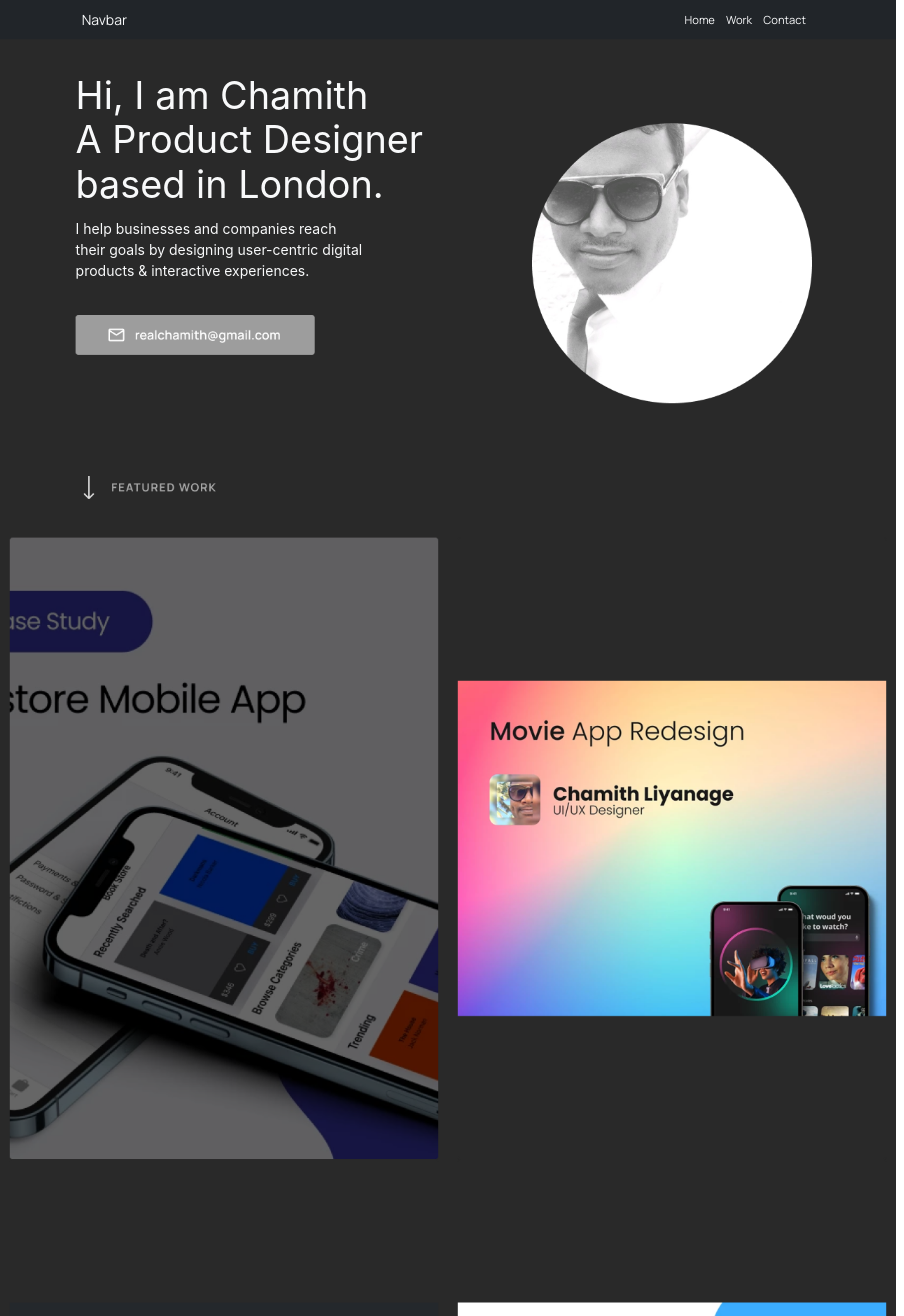
Repository: Realchamithweb/chamith-html
Page: index.html
An editor plug-in stored every save of this project. The page is shown before and after a run of saves, followed by the edit.
The browser window is 1280 px wide. The page is 1292 px wide, so the pictures cover 1292 px, including what lies to the right of the window. The pictures show the part of the page from y = 0 to 1880 px (the page is 4153 px tall before and 4207 px after), at 70% of full size.

Above is the page before, as saved 2023-01-04 16:28:46.

### index.html
<!doctype html>
<html lang="en">
  <head>
    <!-- Required meta tags -->
    <meta charset="utf-8">
    <meta name="viewport" content="width=device-width, initial-scale=1">
    <link rel="stylesheet" href="/css/style.css">
    <link rel="script" href="/js/main.js">
    <!-- Bootstrap CSS -->
    <link href="https://cdn.jsdelivr.net/npm/bootstrap@5.0.2/dist/css/bootstrap.min.css" rel="stylesheet" integrity="sha384-EVSTQN3/azprG1Anm3QDgpJLIm9Nao0Yz1ztcQTwFspd3yD65VohhpuuCOmLASjC" crossorigin="anonymous">
    <link rel="stylesheet" href="https://fonts.googleapis.com/css?family=Manrope">
    <title>Hello, world!</title>
  </head>
  <body>
    <div class="main">
            <div class="head">
                <nav class="navbar navbar-expand-lg navbar-light bg-dark">
                    <div class="container-fluid">
                        <div class="col-md-1"></div>
                    <a class="navbar-brand col-md-8 text-light" href="#">Navbar</a>
                    <button class="navbar-toggler" type="button" data-bs-toggle="collapse" data-bs-target="#navbarNavDropdown" aria-controls="navbarNavDropdown" aria-expanded="false" aria-label="Toggle navigation">
                        <span class="navbar-toggler-icon"></span>
                    </button>
                    <div class="collapse navbar-collapse" id="navbarNavDropdown">
                        <ul class="navbar-nav">
                        <li class="nav-item">
                            <a class="nav-link active text-light" aria-current="page" href="#">Home</a>
                        </li>
                        <li class="nav-item">
                            <a class="nav-link text-light" href="/work.html">Work</a>
                        </li>
                        <li class="nav-item">
                            <a class="nav-link text-light" href="/contact.html">Contact</a>
                        </li>
                        </ul>
                    </div>
                    </div>
                </nav>
            </div>

            <section>
            <div class="hero">
                <div class="container-fluid">
                    <div class="row">
                        <div class="col-lg-6">
                            <p class="hero-title text-light mt-5">Hi, I am Chamith<br>
                                A Product Designer<br>
                                based in London.
                            </p>
                            <p class="hero-text text-light mt-2">
                                I help businesses and companies reach <br>
                                their goals by designing user-centric digital <br>
                                products & interactive experiences.
                            </p>
                            <div class="mt-5">
                                <img src="/inc/Btn.png" class="hero-btn">
                            </div>
                        </div>
                        <div class="col-lg-6 d-flex justify-content-center mt-4">
                            <img src="/inc/unsplash_XHVpWcr5grQ.png"" class="hero-img">
                        </div>
                    </div>
                </div>
            </div>
            </section>
            <section>
            <div class="Featured-Work">
                <div class="container-fluid">
                    <div class="row mt-5">
                        <div class="col-lg-1  mb-5"></div>
                        <div class="col-lg-10  mb-5 mt-5">
                            <img src="/inc/Featured.png" class="img00">
                        </div>
                        <div class="col-lg-6 d-flex justify-content-center">
                            <img src="/inc/unsplash_mxPiMiz7KCo.png" class="img01">

                        </div>
                        <div class="col-lg-6 d-flex justify-content-center">
                            <img src="/inc/unsplash_g-pKprPg5yw.png" class="img02">
                        </div>
                    </div>
                </div>
                <div class="container-fluid">
                    <div class="row">
                        <div class="col-lg-6 d-flex justify-content-center">
                            <img src="/inc/unsplash_pqzRfBhd9r0.png" class="img01">
                        </div>
                        <div class="col-lg-6 d-flex justify-content-center">
                            <img src="/inc/unsplash_x-HpilsdKEk.png" class="img01">
                        </div>
                    </div>
                </div>
            </div>
            </section>
            <section>
                <div class="Visual-Explorations mb-5">
                    <div class="container-fluild">
                        <div class="row">
                            <div class="col-lg-12 d-flex justify-content-center text-light h1 mt-5 mb-5">Visual Explorations</div>
                            <div class="col-lg-4 d-flex justify-content-center">
                                <img src="/inc/unsplash_fd6K_OFlnRA.png" class="img01">
                            </div>
                            <div class="col-lg-4 d-flex justify-content-center">
                                <img src="/inc/unsplash_Glel-RswQqM.png" class="img01">
                            </div>
                            <div class="col-lg-4 d-flex justify-content-center">
                                <img src="/inc/unsplash_pPTw_RTkvXQ.png" class="img01">
                            </div>
                        </div>
                    </div>
                </div>
            </section>
            <section>
                <div class="Personal-Projects">
                    <div class="container-fluild">
                        <div class="row">
                            <div class="col-lg-12 d-flex justify-content-center text-light h1 mt-5">Personal Projects</div>
                            <div class="col-lg-4 d-flex justify-content-center">
                                <img src="/inc/Rectangle 4.png" class="img01">
                            </div>
                            <div class="col-lg-4 d-flex justify-content-center">
                                <img src="/inc/Rectangle 4-1.png" class="img01">
                            </div>
                            <div class="col-lg-4 d-flex justify-content-center">
                                <img src="/inc/Rectangle 4-2.png" class="img01">
                            </div>
                        </div>
                    </div>
                </div>
            </section>
            <section>
                <div class="contact-me">
                    <div class="container-fluild">
                        <div class="row">
                                <h2 class="text-light d-flex justify-content-center mb-5">Contact Me</h2>
                                <p class="text-light d-flex text-center justify-content-center h5 mb-5">If you are looking to hire a product designer,<br>
                                    I’m currently available for freelance work</p>
                                <div class="col-lg-12 d-flex justify-content-center mb-5">
                                    <img src="/inc/Btn.png" class="img02">
                                </div>
                        </div>
                    </div>
                </div>
            </section>
            <section>
                <div class="footer">
                    <div class="container-fluild">
                        <div class="row">
                            <hr class="text-light">
                            <div class="col-lg-4 text-center text-light mb-3">Made by Chamith — Copyright 2022</div>
                            <div class="col-lg-4 mb-3"></div>
                            <div class="col-lg-4 mb-3"><img src="/inc/Icons.png" class="img02"></div>
                        </div>
                    </div>
                </div>
            </section>

    </div>




    <!-- Optional JavaScript; choose one of the two! -->

    <!-- Option 1: Bootstrap Bundle with Popper -->
    <script src="https://cdn.jsdelivr.net/npm/bootstrap@5.0.2/dist/js/bootstrap.bundle.min.js" integrity="sha384-MrcW6ZMFYlzcLA8Nl+NtUVF0sA7MsXsP1UyJoMp4YLEuNSfAP+JcXn/tWtIaxVXM" crossorigin="anonymous"></script>

    <!-- Option 2: Separate Popper and Bootstrap JS -->
    <!--
    <script src="https://cdn.jsdelivr.net/npm/@popperjs/core@2.9.2/dist/umd/popper.min.js" integrity="sha384-IQsoLXl5PILFhosVNubq5LC7Qb9DXgDA9i+tQ8Zj3iwWAwPtgFTxbJ8NT4GN1R8p" crossorigin="anonymous"></script>
    <script src="https://cdn.jsdelivr.net/npm/bootstrap@5.0.2/dist/js/bootstrap.min.js" integrity="sha384-cVKIPhGWiC2Al4u+LWgxfKTRIcfu0JTxR+EQDz/bgldoEyl4H0zUF0QKbrJ0EcQF" crossorigin="anonymous"></script>
    -->
  </body>
</html>

### css/style.css
.main{
    background-color: #292929;
    font-family: 'Manrope', serif;

}



.hero-img{
    margin-top: 6em;
}

.hero-title{
    font-family: 'Inter';
    font-style: normal;
    font-weight: 400;
    font-size: 54px;
    line-height: 64px;
    margin-left: 96px;
}

.hero-text{
    font-family: 'Inter';
    font-style: normal;
    font-weight: 400;
    font-size: 20px;
    line-height: 30px;
    margin-left: 96px;
}

.hero-btn{
    margin-left: 96px;
}
/*
.hero-title{
    position: absolute;
    width: 824px;
    height: 192px;
    left: 96px;
    top: 240px;

    font-family: 'Inter';
    font-style: normal;
    font-weight: 400;
    font-size: 54px;
    line-height: 64px;
    color: #000000;
}

.hero-text{
    position: absolute;
    width: 824px;
    height: 90px;
    left: 96px;
    top: 456px;

    font-family: 'Inter';
    font-style: normal;
    font-weight: 400;
    font-size: 20px;
    line-height: 30px;
    /* or 150% */
    /* color: #000000
}

.hero-btn{
    box-sizing: border-box;
    position: absolute;
    width: 341.57px;
    height: 57px;
    left: 96px;
    top: 634px;

    background: #FFFFFF;
    border: 1px solid #000000;
    border-radius: 4px;
}

.f-row{
    display: flex;
    flex-direction: row;
    justify-content: center;
    align-items: center;
    padding: 8px;
    gap: 32px;

    position: absolute;
    height: 48px;
    left: 96px;
    top: 836px;
}

.img00{
    display: flex;
    flex-direction: row;
    justify-content: center;
    align-items: center;
    padding: 8px;
    gap: 32px;

    position: absolute;
    width: 198px;
    height: 48px;
    left: 96px;
    top: 836px;

}

.img01{
    position: absolute;
    width: 612px;
    height: 888px;
    left: 96px;
    top: 964px;
    border-radius: 4px;
}

.img01:hover{
    background: linear-gradient(0deg, rgba(0, 0, 0, 0.6), rgba(0, 0, 0, 0.6)), url("/inc/Bookstore.png"), #292929;
}

.img02{
    position: absolute;
    width: 612px;
    height: 888px;
    left: 732px;
    top: 1102px;

    background: url(3ffea8135910975.Y3JvcCwxMDgwLDg0NCwwLDExNw.png), #292929;
    border-radius: 4px;
}  */

After the next 4 saves:
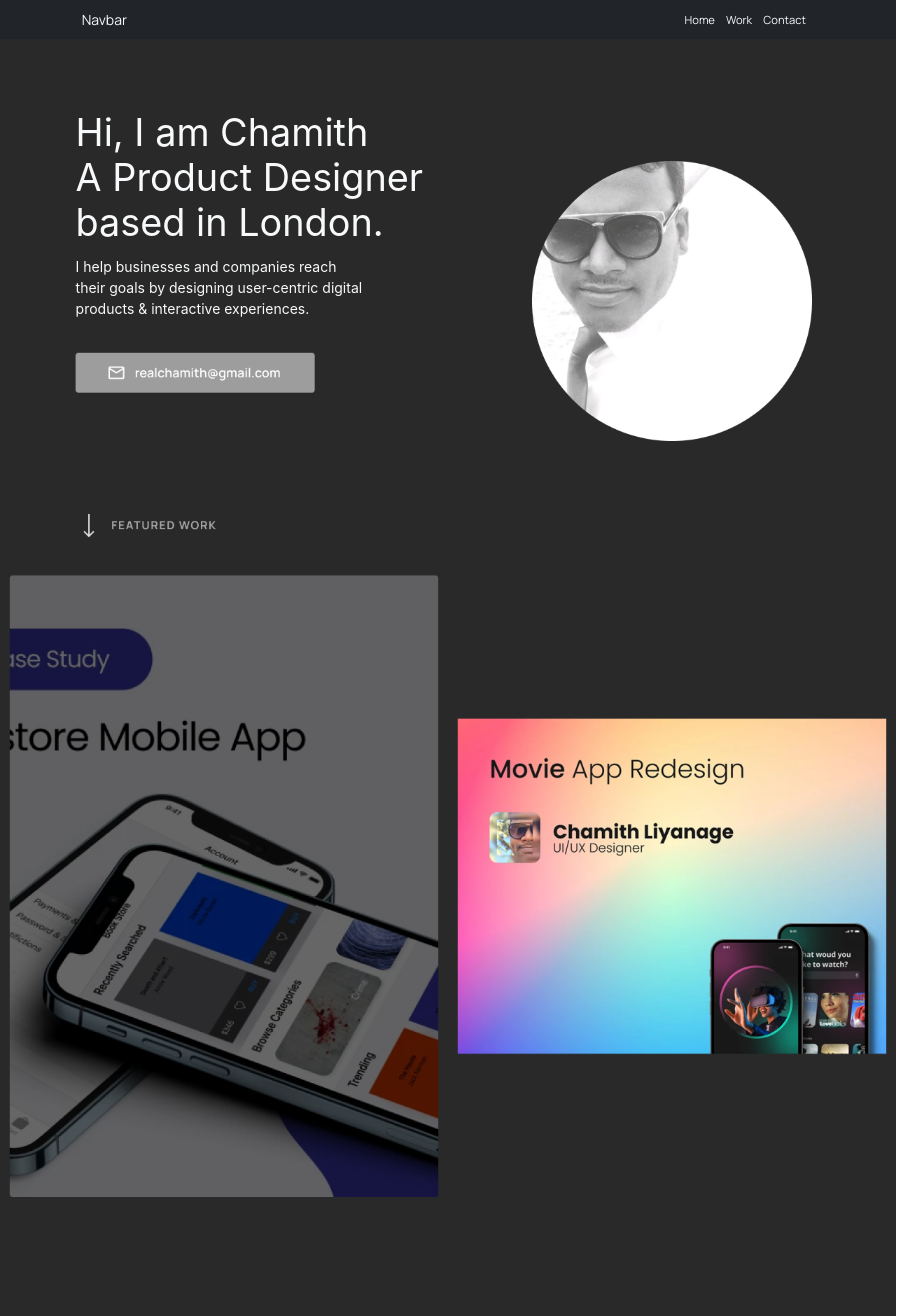
The 4 saves are shown as one change because they came seconds apart.
The last was saved 7 s later.
--- a/css/style.css
+++ b/css/style.css
@@ -4,7 +4,9 @@
 
 }
 
-
+.hero{
+    margin-top: 54px;
+}
 
 .hero-img{
     margin-top: 6em;
